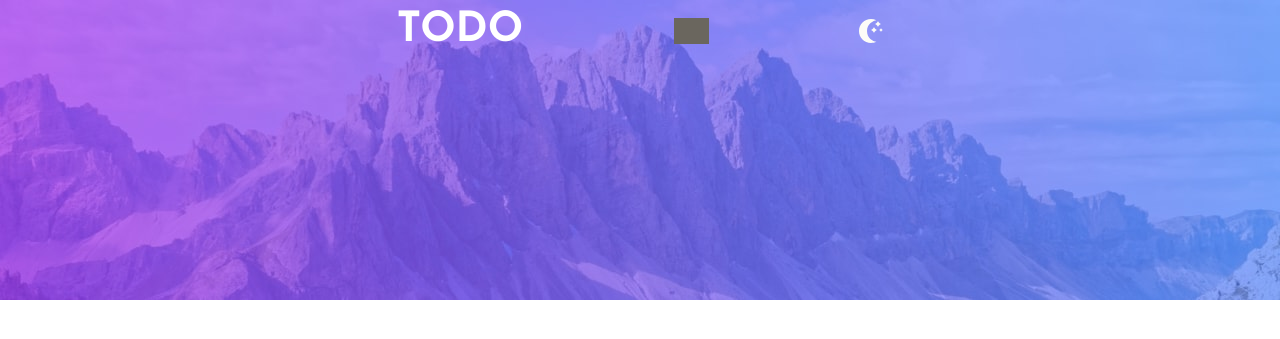
Repository: ikram-lisa/todo-list
Page: /
An editor plug-in stored every save of this project. The page is shown before and after the next save, followed by the edit.
The browser window is 1280 px wide. The pictures show the whole page.
Pictures or frames that could not be fetched are drawn as grey boxes. The project was rebuilt for these pictures with package versions that can differ from the ones it lists, and the page was loaded fresh each time. Also part of the build but not shown: vite.config.js.

Above is the page before, as saved 2024-05-14 22:29:54.

### src/main.jsx
import React from "react";
import ReactDOM from "react-dom/client";
import App from "./App.jsx";
import "./css/style.scss";
ReactDOM.createRoot(document.getElementById("root")).render(
  <React.StrictMode>
    <App />
  </React.StrictMode>
);

### src/App.jsx
import Defaultlayout from "./layout/defaultlayout";
import Todolist from "./pages/Todolist";
const App = () => {
  return (
    <>
      <Defaultlayout>
        <Todolist />
      </Defaultlayout>
    </>
  );
};
export default App;

### src/css/style.scss
@use "./base/fonts";
@use "./base/variable" as *;

@tailwind base;
@tailwind components;
@tailwind utilities;

body {
  font-size: 18px;
  font-family: "Josefin Sans", sans-serif;
  font-weight: 400;
}

.bg-light-theme {
  background-image: url("../assets/images/bg-desktop-light.jpg");
  background-position: center;
  background-size: cover;
  position: relative;
  overflow-x: hidden;
  overflow-y: hidden;
  width: 100%;
  height: 300px;
}

.bg-dark-theme {
  background-image: url("../assets/images/bg-desktop-dark.jpg");
  background-position: center;
  background-size: cover;
  position: relative;
  overflow-x: hidden;
  overflow-y: hidden;
  width: 100%;
  height: 300px;
}
.theme-content {
  width: 38%;
  margin: 0 auto;
  h1 {
    font-weight: 700;
    color: white;
    font-size: 2.6rem;
  }
  img {
    width: 100%;
    max-width: 35px;
    height: auto;
    display: block;
    cursor: pointer;
    filter: invert(104%) sepia(29%) brightness(99%);
  }
}

### src/layout/defaultlayout.jsx
const defaultlayout = ({ children }) => {
  return (
    <>
      <section>{children}</section>
    </>
  );
};
export default defaultlayout;

### src/pages/Todolist.jsx
import { useState } from "react";
import Light from "../assets/images/light.svg";
import Dark from "../assets/images/dark.svg";

const Todolist = () => {
  const [theme, setTheme] = useState("light");
  const handleToggle = () => {
    setTheme(theme === "light" ? "dark" : "light");
  };
  return (
    <>
      <section
        className={`theme  ${
          theme === "light" ? "bg-light-theme" : "bg-dark-theme"
        } `}
      >
        <div className="theme-content flex justify-between items-center">
          <h1>TODO</h1>
          <img src="../assets/images/moon.svg" alt="" />
          <button onClick={handleToggle}>
            {theme === "light" ? (
              <img src={Dark} alt="dark mode" />
            ) : (
              <img src={Light} alt="light mode" />
            )}
          </button>
        </div>
      </section>
    </>
  );
};
export default Todolist;

### src/css/base/_fonts.scss
@import url("https://fonts.googleapis.com/css2?family=Josefin+Sans:ital,wght@0,100..700;1,100..700&family=Kumbh+Sans:wght@100..900&family=Montserrat:ital,wght@0,100..900;1,100..900&family=Open+Sans:ital,wght@0,400;0,600;0,700;0,800;1,400;1,700;1,800&family=Poppins:ital,wght@0,200;0,300;0,400;0,500;0,600;0,700;0,800;0,900;1,100;1,200;1,300;1,400;1,500;1,600;1,700;1,800;1,900&display=swap");

### src/css/base/_variable.scss
// ### Light Theme

$VeryLightGray: hsl(0, 0%, 98%);
$VeryLightGrayishBlue: hsl(236, 33%, 92%);
$LightGrayishBlue: hsl(233, 11%, 84%);
$DarkGrayishBlue: hsl(236, 9%, 61%);
$VeryDarkGrayishBlue: hsl(235, 19%, 35%);

// ### Dark Theme

$VeryDarkBlue: hsl(235, 21%, 11%);
$VeryDarkBlue: hsl(235, 24%, 19%);
$LightGrayishBlue: hsl(234, 39%, 85%);
$LightGrayishBlue: hsl(236, 33%, 92%);
$DarkGrayishBlue: hsl(234, 11%, 52%);
$VeryDarkGrayishBlue: hsl(233, 14%, 35%);
$VeryDarkGrayishBlue: hsl(237, 14%, 26%);

Loaded but not shown: index.html (common file); tailwind.config.js (1075 lines, source omitted)

After the next save:
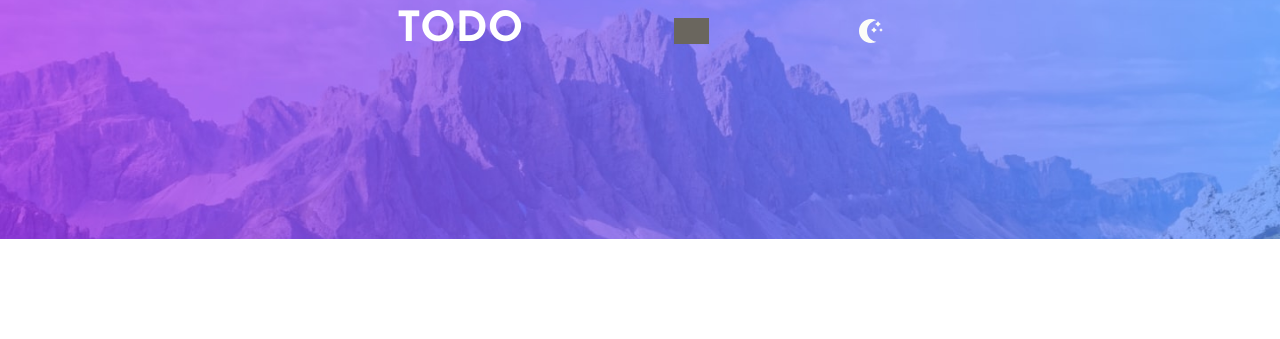
Saved 89 s later.
--- a/src/css/style.scss
+++ b/src/css/style.scss
@@ -19,7 +19,7 @@ body {
   overflow-x: hidden;
   overflow-y: hidden;
   width: 100%;
-  height: 300px;
+  height: 239px;
 }
 
 .bg-dark-theme {
